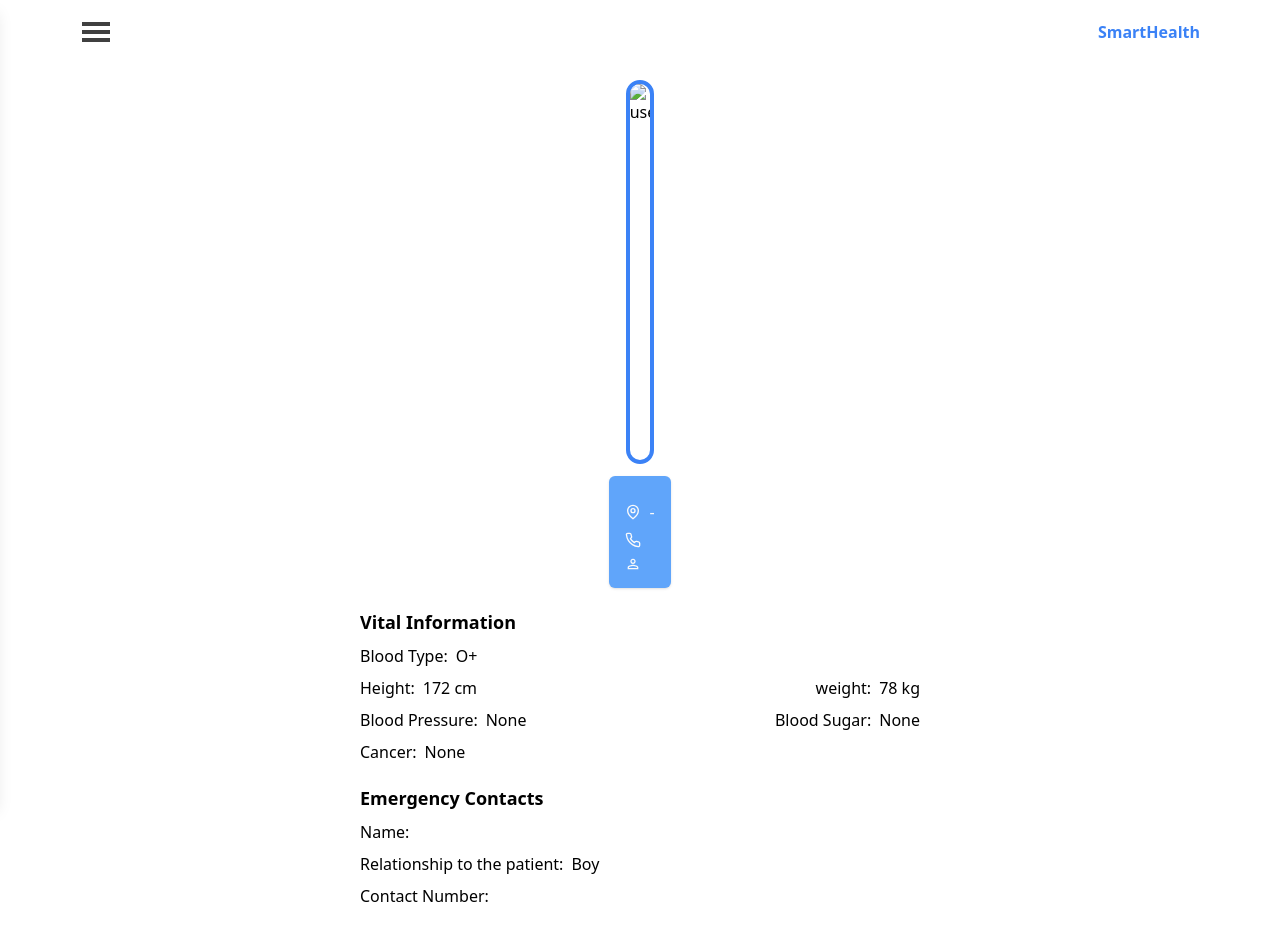
Repository: Sanaa00/HI-user
Page: /home
These files come from the project's save history. The page is drawn as it stood at one moment and after the next save; the edit follows.
The browser window is 1280 px wide. The pictures show the whole page.
The page's requests for data from a server got no answer. The project was rebuilt for these pictures with package versions that can differ from the ones it lists, and the page was loaded fresh each time. No one was signed in, and anything a server would have sent is missing. Also part of the build but not shown: vite.config.js, src/App.css, src/Components/Pagination.jsx, src/Pages/Prescription.jsx, src/Components/modalComponent.jsx, src/Pages/Laboratory.jsx, src/Pages/Radiographic.jsx, src/Components/InputField.jsx and 2 more.

Above is the page before, as saved 2024-01-12 20:58:56.

After the next save:
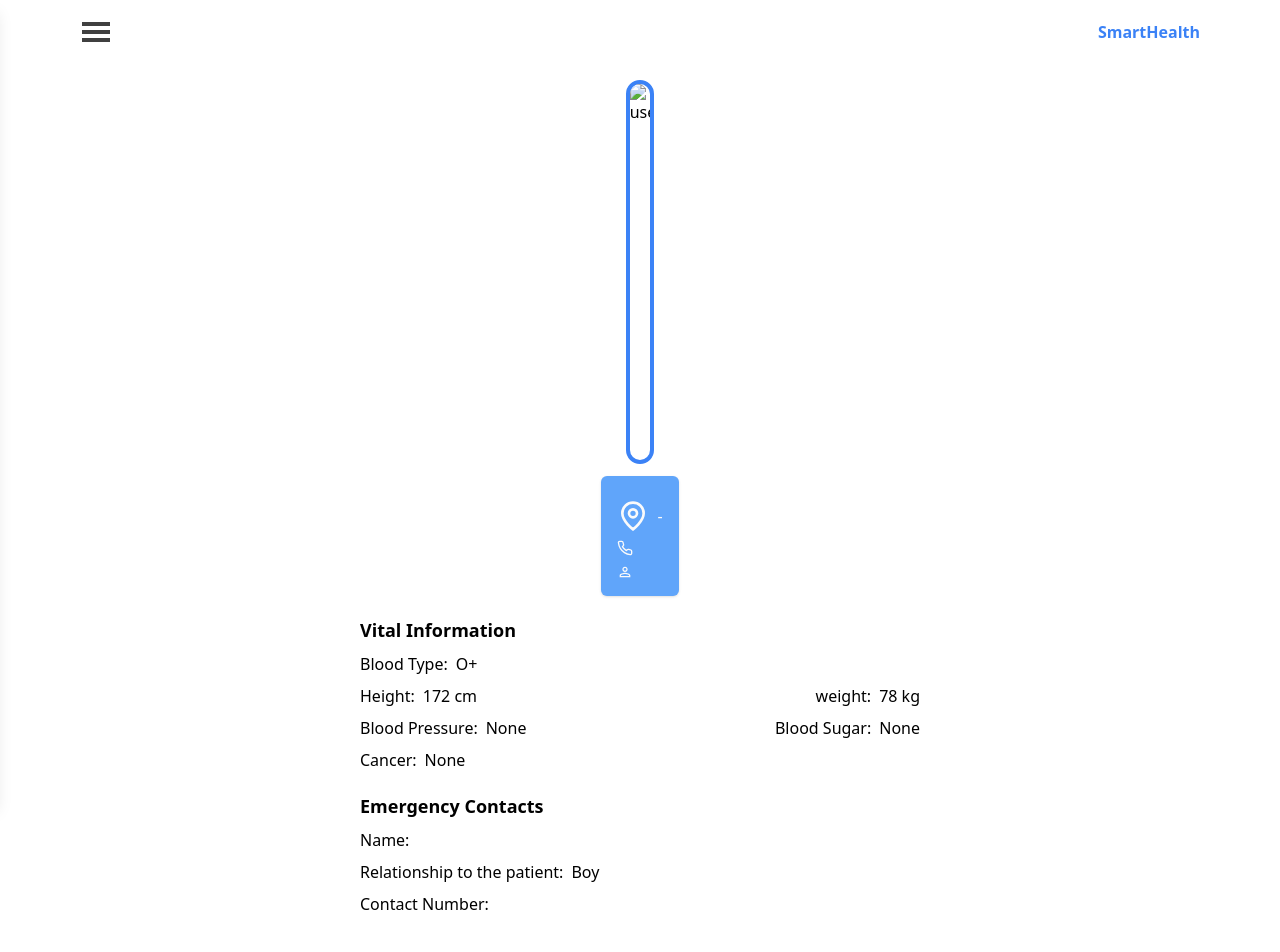
Saved 25 s later.
--- a/src/Pages/Home.jsx
+++ b/src/Pages/Home.jsx
@@ -57,7 +57,7 @@ function Home() {
           <span className="flex items-center flex-row">
             {' '}
             <span>
-              <GrLocation />
+              <GrLocation className="w-8 h-8" />
             </span>
             <span className="ml-2">
               {data.city}-{data.address}
